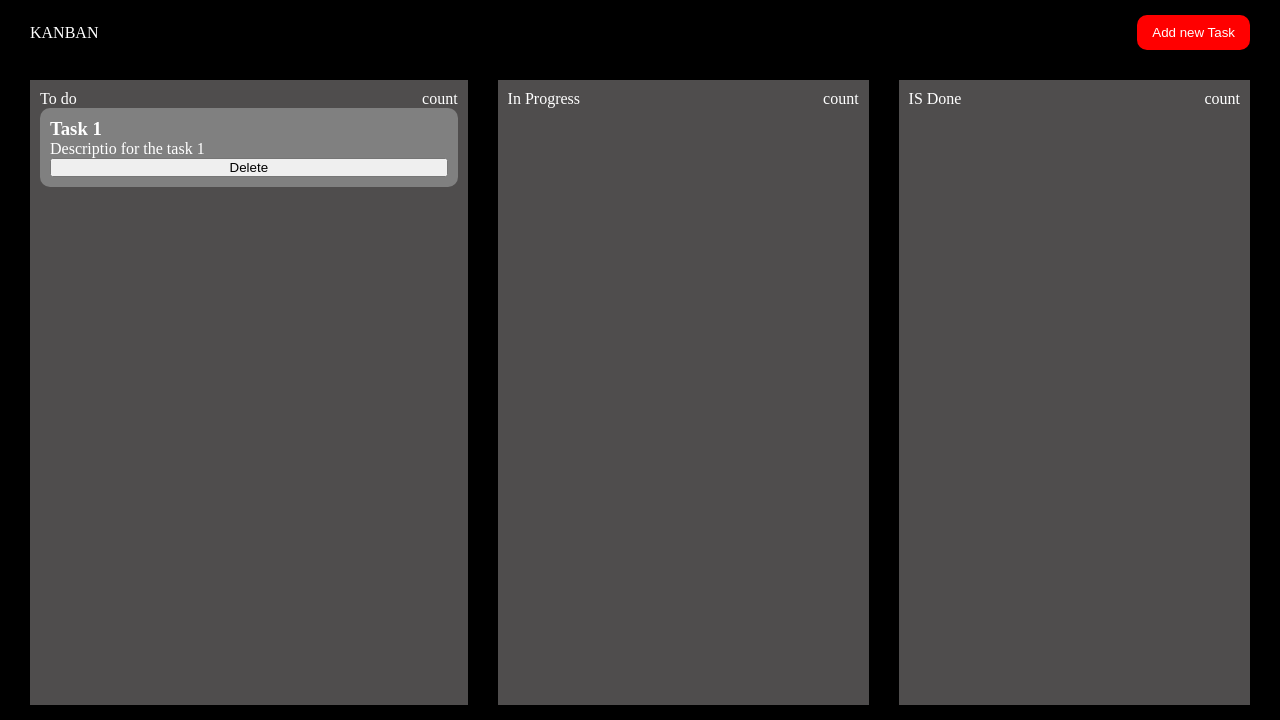
Repository: Sandeepji-5/Kanban-board
Page: index.html
An editor plug-in stored every save of this project. The page is shown before and after the next save, followed by the edit.
The browser window is 1280 px wide. The pictures show the whole page.

Above is the page before, as saved 2025-12-08 18:42:21.

After the next save:
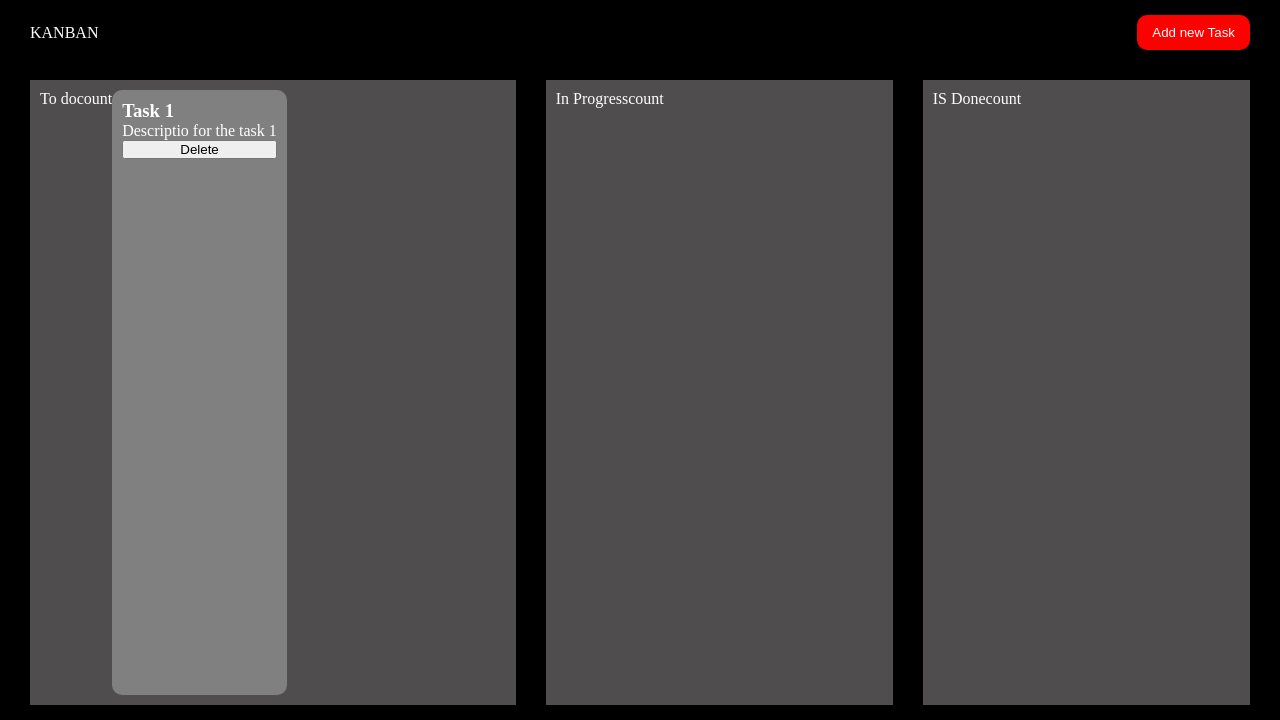
Saved 27 s later.
--- a/style.css
+++ b/style.css
@@ -86,7 +86,9 @@
     padding: var(--padding-m);
     background-color: var(--bg-button-color);
     flex-grow: 1  ;
-    padding: var(--padding-m)      ;
+    padding: var(--padding-m)  ;
+    display: flex;
+        ;
 
 }
 section .task-column .heading{

After the 2 saves that followed:
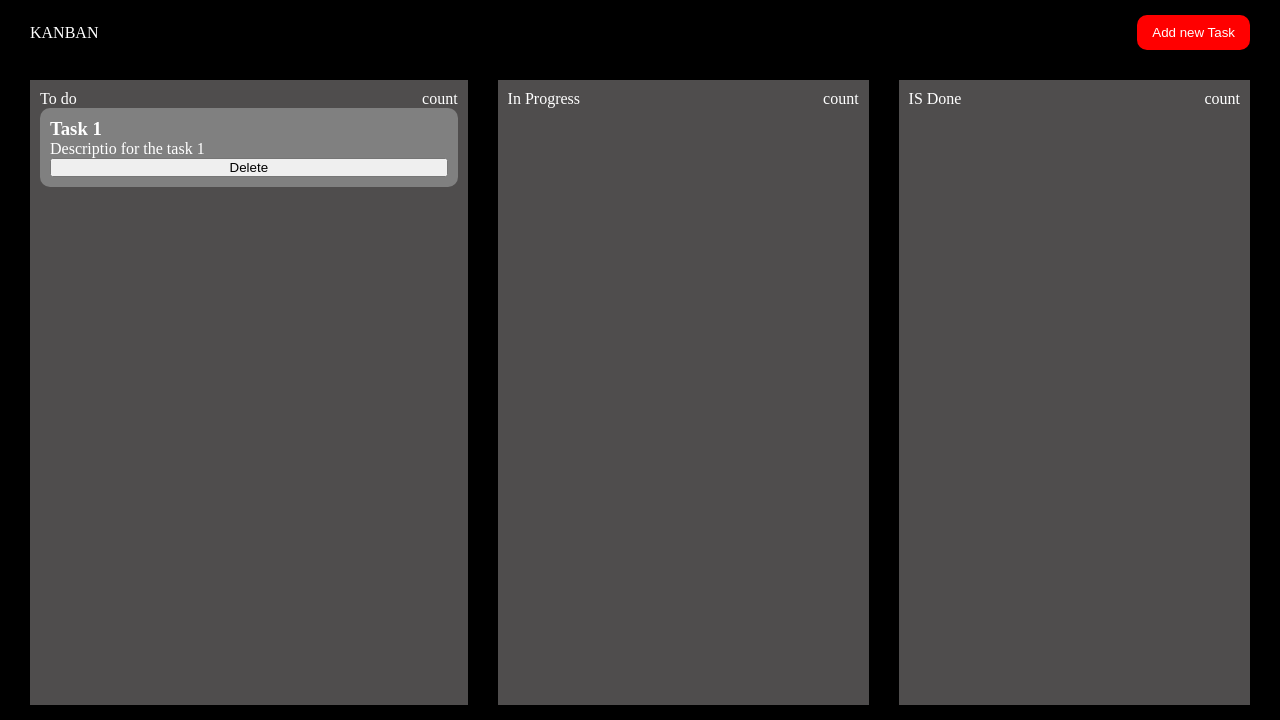
The 2 saves are shown as one change because 1 left the picture as it was.
The last was saved 50 s later.
--- a/style.css
+++ b/style.css
@@ -88,7 +88,8 @@
     flex-grow: 1  ;
     padding: var(--padding-m)  ;
     display: flex;
-        ;
+    flex-direction: column;
+
 
 }
 section .task-column .heading{
